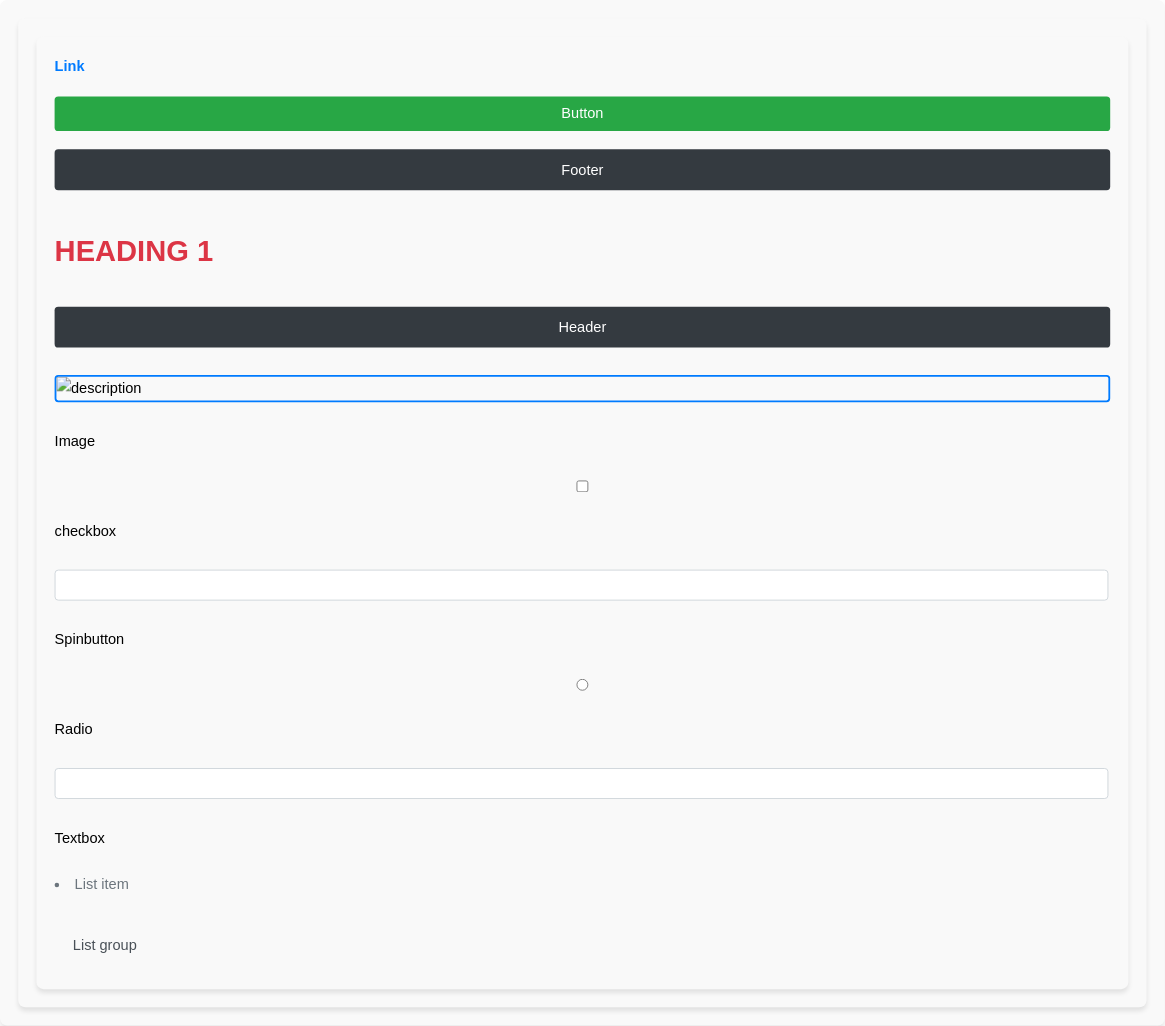
Repository: AiTrinh303/Jest_Sample
Page: / (app in small-test/)
These files come from the project's save history. The page is drawn as it stood at one moment and after the next save; the edit follows.
The browser window is 1280 px wide. The pictures show the whole page, at 91% of full size.
The project was rebuilt for these pictures with package versions that can differ from the ones it lists, and the page was loaded fresh each time.

Above is the page before, as saved 2024-11-25 20:55:16.

### small-test/src/App.js
import RoleExample from "./components/RoleExample";

function App() {
  return (
    <div>
      <RoleExample />
    </div>
  );
}

export default App;

### small-test/src/components/RoleExample.jsx
import React from 'react'
import './RoleExample.css'

const RoleExample = () => {
  return (
    <div className='container'>
      <a href="/">Link</a>
      <button>Button</button>
      <footer>Footer</footer>
      <h1>Heading 1</h1>
      <header>Header</header>
      <img alt="description"/>Image
      <input type="checkbox"/>checkbox
      <input type="number"/>Spinbutton
      <input type="radio"/>Radio
      <input type="text"/>Textbox
      <li>List item</li>
      <ul>List group</ul>
    </div>
  )
}

export default RoleExample

### small-test/src/components/RoleExample.css
/* RoleExample.css */
.container{
    display: flex;
    flex-direction: column;
    gap: 20px;
    font-family: 'Arial', sans-serif;
    line-height: 1.6;
    background-color: #f9f9f9;
}

div {
    font-family: 'Arial', sans-serif;
    line-height: 1.6;
    background-color: #f9f9f9; /* Light background for Vietnamese style */
    padding: 20px;
    border-radius: 8px;
    box-shadow: 0 4px 6px rgba(0, 0, 0, 0.1);
  }

  /* Link styling */
  a {
    color: #007bff; /* Vietnamese-themed vibrant blue */
    text-decoration: none;
    font-weight: bold;
  }

  a:hover {
    text-decoration: underline;
  }

  /* Button styling */
  button {
    background-color: #28a745; /* Green for freshness */
    color: white;
    border: none;
    padding: 10px 15px;
    font-size: 16px;
    border-radius: 4px;
    cursor: pointer;
    transition: background-color 0.3s ease;
  }

  button:hover {
    background-color: #218838; /* Darker green on hover */
  }

  /* Footer and header */
  footer, header {
    background-color: #343a40; /* Dark color for contrast */
    color: white;
    padding: 10px 15px;
    border-radius: 4px;
    text-align: center;
  }

  /* Headings */
  h1 {
    color: #dc3545; /* Bold red for headings */
    text-transform: uppercase;
    margin-bottom: 15px;
  }

  /* Image */
  img {
    display: block;
    max-width: 100%;
    margin: 10px 0;
    border: 2px solid #007bff;
    border-radius: 4px;
  }

  /* Inputs */
  input[type="checkbox"], input[type="radio"], input[type="number"], input[type="text"] {
    margin: 10px 0;
    padding: 8px;
    font-size: 14px;
    border: 1px solid #ced4da;
    border-radius: 4px;
    width: calc(100% - 20px);
  }

  input[type="checkbox"], input[type="radio"] {
    width: auto;
  }

  /* List styling */
  li {
    color: #6c757d;
    margin: 5px 0;
  }

  ul {
    list-style: square;
    padding-left: 20px;
    color: #495057;
  }

Loaded but not shown: small-test/public/index.html (common file); small-test/src/index.js (common file); small-test/src/index.css (common file); small-test/src/reportWebVitals.js (common file)

After the next save:
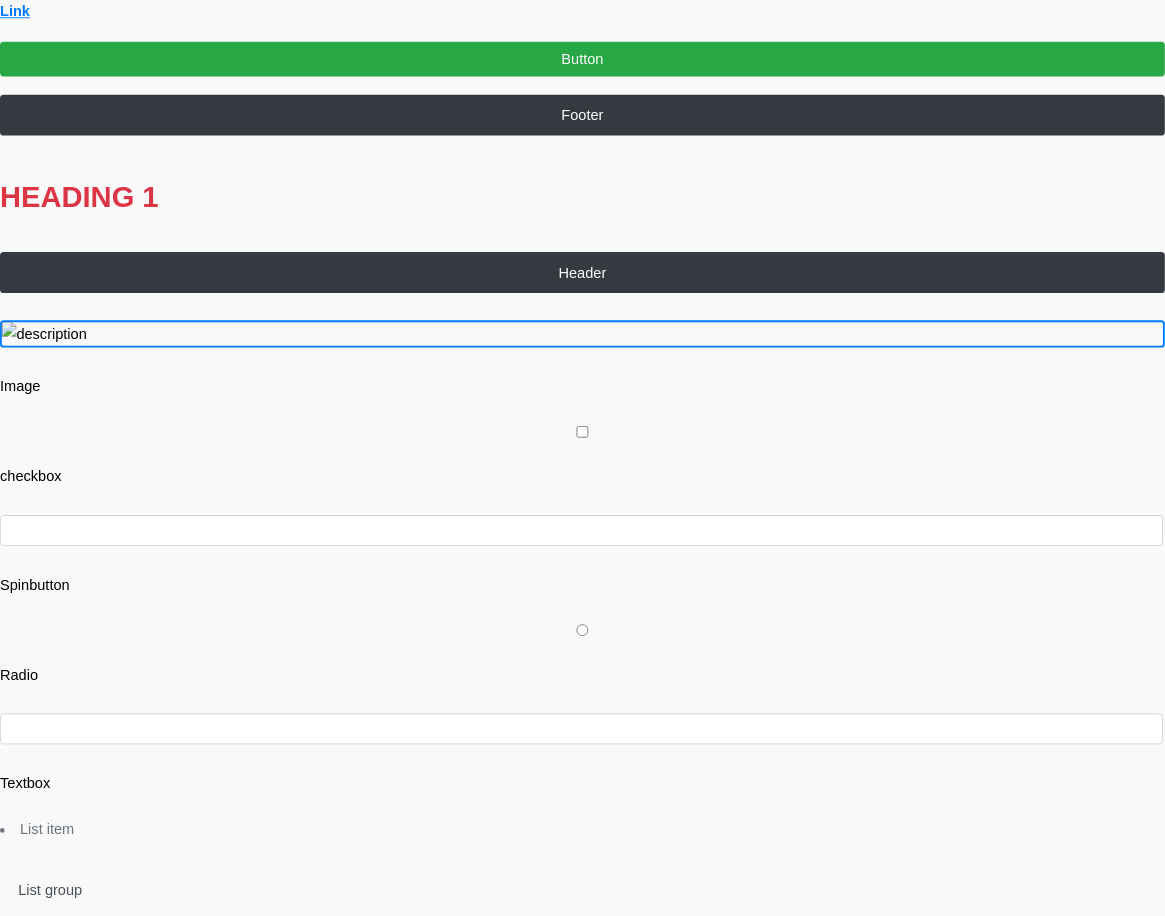
Saved 4 s later.
--- a/small-test/src/components/RoleExample.css
+++ b/small-test/src/components/RoleExample.css
@@ -8,14 +8,7 @@
     background-color: #f9f9f9;
 }
 
-div {
-    font-family: 'Arial', sans-serif;
-    line-height: 1.6;
-    background-color: #f9f9f9; /* Light background for Vietnamese style */
-    padding: 20px;
-    border-radius: 8px;
-    box-shadow: 0 4px 6px rgba(0, 0, 0, 0.1);
-  }
+
 
   /* Link styling */
   a {

After the save that followed:
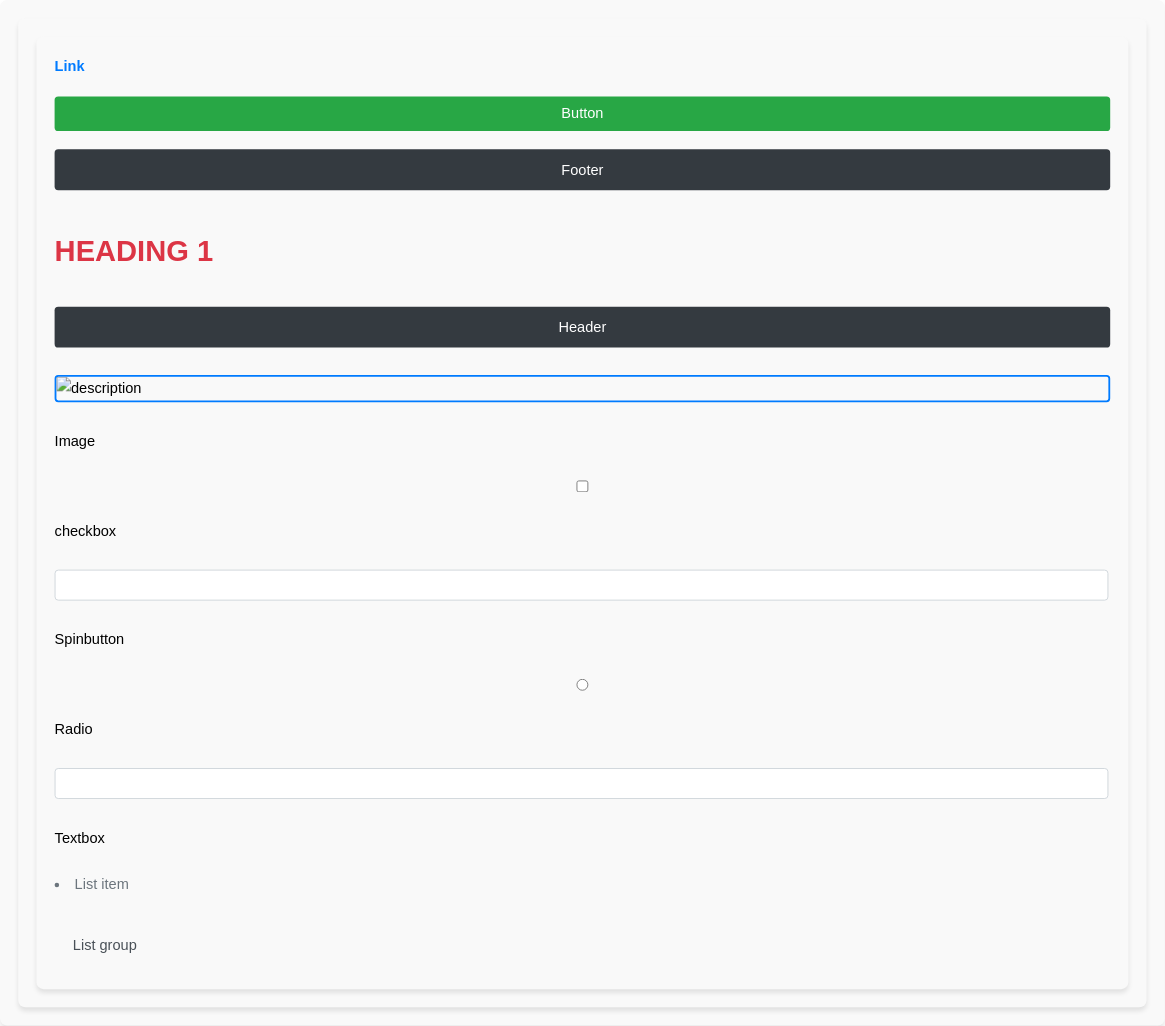
Saved 4 s later.
--- a/small-test/src/components/RoleExample.css
+++ b/small-test/src/components/RoleExample.css
@@ -8,7 +8,14 @@
     background-color: #f9f9f9;
 }
 
-
+div {
+    font-family: 'Arial', sans-serif;
+    line-height: 1.6;
+    background-color: #f9f9f9; /* Light background for Vietnamese style */
+    padding: 20px;
+    border-radius: 8px;
+    box-shadow: 0 4px 6px rgba(0, 0, 0, 0.1);
+  }
 
   /* Link styling */
   a {
